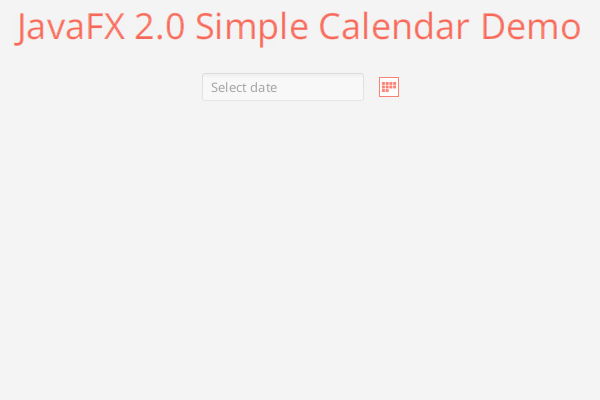
Repository: abhisheknaik96/Calendar-app
Program's window: java Calendar-app/src/simple_calendar/simple_calendar/SimpleCalendarDemo.java
The author's editor kept a copy of each file at every save. The program's window is drawn from the files as they stood at one save, then again after the next save.
It runs on Java 21 on a 1366 x 768 screen with JavaFX 11; the title bar is not drawn. It also reads Calendar-app/src/simple_calendar/simple_calendar/style/calender_icon.png.

Above is the program's window before, as saved 2015-04-06 15:35:28.

### Calendar-app/src/simple_calendar/simple_calendar/SimpleCalendarDemo.java
/**
*  This file is part of SimpleCalendar.

*  SimpleCalendar is free software: you can redistribute it and/or modify
*  it under the terms of the GNU General Public License as published by
*  the Free Software Foundation, either version 3 of the License, or
*  (at your option) any later version.

*  SimpleCalendar is distributed in the hope that it will be useful,
*  but WITHOUT ANY WARRANTY; without even the implied warranty of
*  MERCHANTABILITY or FITNESS FOR A PARTICULAR PURPOSE.  See the
*  GNU General Public License for more details.

*  <http://www.gnu.org/licenses/>.

*/
package simple_calendar.simple_calendar;

import java.text.SimpleDateFormat;
import java.util.Date;

import javafx.application.Application;
import javafx.beans.value.ChangeListener;
import javafx.beans.value.ObservableValue;
import javafx.geometry.Pos;
import javafx.scene.Scene;
import javafx.scene.control.Label;
import javafx.scene.control.TextField;
import javafx.scene.layout.HBox;
import javafx.scene.layout.StackPane;
import javafx.scene.layout.VBox;
import javafx.scene.text.TextAlignment;
import javafx.stage.Stage;

public class SimpleCalendarDemo extends Application {

	@Override
	public void start(Stage stage) throws Exception {
        stage.setTitle("Simple Calendar Demo");
		StackPane root = new StackPane();
		root.setId("root");
        Scene scene = new Scene(root, 600, 400);
        stage.setScene(scene);
        scene.getStylesheets().addAll(SimpleCalendarDemo.class.getResource("style/simple_calendar.css").toExternalForm());
        VBox vbox = new VBox(20);
        vbox.setAlignment(Pos.TOP_CENTER);
        Label label = new Label("JavaFX 2.0 Simple Calendar Demo");
        label.setId("DemoLabel");
        label.setTextAlignment(TextAlignment.CENTER);

        HBox dateBox = new HBox(15);
        dateBox.setAlignment(Pos.CENTER);
        final TextField dateField = new TextField("Select date");
        dateField.setEditable(false);
        dateField.setDisable(true);
        SimpleCalendar simpleCalender = new SimpleCalendar();
        simpleCalender.dateProperty().addListener(new ChangeListener<Date>() {

			@Override
			public void changed(ObservableValue<? extends Date> ov,
					Date oldDate, Date newDate) {
				dateField.setText((new SimpleDateFormat("dd/MM/yyyy")).format(newDate));

			}
		});
        dateBox.getChildren().addAll(dateField, simpleCalender);

        vbox.getChildren().addAll(label, dateBox);

        root.getChildren().add(vbox);

        stage.show();

	}

	public static void main(String[] args) {
		launch(args);
	}



}

### Calendar-app/src/simple_calendar/simple_calendar/SimpleCalendar.java
/**
*  This file is part of SimpleCalendar.

*  SimpleCalendar is free software: you can redistribute it and/or modify
*  it under the terms of the GNU General Public License as published by
*  the Free Software Foundation, either version 3 of the License, or
*  (at your option) any later version.

*  SimpleCalendar is distributed in the hope that it will be useful,
*  but WITHOUT ANY WARRANTY; without even the implied warranty of
*  MERCHANTABILITY or FITNESS FOR A PARTICULAR PURPOSE.  See the
*  GNU General Public License for more details.

*  <http://www.gnu.org/licenses/>.

*/
package simple_calendar.simple_calendar;

import java.util.Date;

import javafx.beans.property.ObjectProperty;
import javafx.beans.value.ChangeListener;
import javafx.beans.value.ObservableValue;
import javafx.event.ActionEvent;
import javafx.event.EventHandler;
import javafx.geometry.Point2D;
import javafx.scene.Parent;
import javafx.scene.control.Button;
import javafx.scene.layout.VBox;
import javafx.stage.Popup;

/**
 * A simple calendar to pick up a date.
 *
 */
public class SimpleCalendar extends VBox{

	private Popup popup;
	final DatePicker datePicker;

	public SimpleCalendar() {
		popup = new Popup();
		popup.setAutoHide(true);
		popup.setAutoFix(true);
		popup.setHideOnEscape(true);

		datePicker = new DatePicker();
		datePicker.dateProperty().addListener(new ChangeListener<Date>() {

			@Override
			public void changed(ObservableValue<? extends Date> ov,
					Date oldDate, Date newDate) {
				if (popup.isShowing())
					popup.hide();

			}
		});
		popup.getContent().add(datePicker);

		final Button calenderButton = new Button();
		calenderButton.setId("CalenderButton");
		calenderButton.setOnAction(new EventHandler<ActionEvent>() {

			@Override
			public void handle(ActionEvent ae) {
				Parent parent = SimpleCalendar.this.getParent();
				// Popup will be shown at upper left corner of calenderbutton
				Point2D point = calenderButton.localToScene(0, 0);
				final double layoutX = parent.getScene().getWindow().getX() + parent.getScene().getX() + point.getX();
				final double layoutY = parent.getScene().getWindow().getY() + parent.getScene().getY() + point.getY();
				popup.show(SimpleCalendar.this, layoutX, layoutY);

			}
		});

		getChildren().add(calenderButton);
	}

	/**
	 * @return a string bean property to bind the date information to a desired node
	 */
	public ObjectProperty<Date> dateProperty() {
		return datePicker.dateProperty();
	}

}

### Calendar-app/src/simple_calendar/simple_calendar/DatePicker.java
/**
*  This file is part of SimpleCalendar.

*  SimpleCalendar is free software: you can redistribute it and/or modify
*  it under the terms of the GNU General Public License as published by
*  the Free Software Foundation, either version 3 of the License, or
*  (at your option) any later version.

*  SimpleCalendar is distributed in the hope that it will be useful,
*  but WITHOUT ANY WARRANTY; without even the implied warranty of
*  MERCHANTABILITY or FITNESS FOR A PARTICULAR PURPOSE.  See the
*  GNU General Public License for more details.

*  <http://www.gnu.org/licenses/>.

*/
package simple_calendar.simple_calendar;

import java.text.SimpleDateFormat;
import java.util.Calendar;
import java.util.Date;
import java.util.GregorianCalendar;

import javafx.beans.property.ObjectProperty;
import javafx.beans.property.SimpleObjectProperty;
import javafx.event.ActionEvent;
import javafx.event.EventHandler;
import javafx.geometry.Pos;
import javafx.scene.control.Button;
import javafx.scene.control.Label;
import javafx.scene.input.MouseEvent;
import javafx.scene.layout.HBox;
import javafx.scene.layout.StackPane;
import javafx.scene.layout.VBox;
import javafx.scene.shape.LineTo;
import javafx.scene.shape.MoveTo;
import javafx.scene.shape.Path;

public class DatePicker extends StackPane {
	private boolean isSundayFirstDay = true;
	private Calendar today;
	private ObjectProperty<Date> dateProperty;
	private final DayCell[] dayCells;
	private int month;
	private int year;
	private final static int COLUMN_NUMBER = 7;
	private final static int ROW_NUMBER = 6;
	private final static double CELL_HEIGHT = 20;
	private final static double CELL_WIDTH = 25;
	private final static double ARROW_SIZE = CELL_HEIGHT * 0.3;
	private final static String DATEPICKER_OTHERMONTH = "datepicker-othermonth-cell";
	private final static String DATEPICKER_TODAY = "datepicker-today-cell";
	private final static String DATEPICKER_MONTH = "datepicker-month-cell";
	private final static String DATEPICKER_WEEKDAY = "datepicker-weekday-row";
	private final static String DATEPICKER_MONTHYEAR = "datepicker-monthyear-row";
	private final static String DATEPICKER_ARROW = "DatepickerArrow";
	private final static String DATEPICKER_DAYCELL = "DatepickerDayCell";
	private final static String DATEPICKER_TODAYBUTTON = "DatepickerTodayButton";
	private final static String DATEPICKER_TODAYBUTTONBOX = "DatepickerTodayButtonBox";
	private String[] cellStyleList = {DATEPICKER_OTHERMONTH, DATEPICKER_TODAY, DATEPICKER_MONTH};

	/**
	 * Constructor of DatePicker class
	 */
	public DatePicker(){
		super();
		VBox pickerBox = new VBox();
		setId("DatePicker");
		today = Calendar.getInstance();
		// Check whether Sunday is the first day of the week
		isSundayFirstDay = today.getFirstDayOfWeek() == 1 ? true : false;
		month = today.get(Calendar.MONTH);
		year = today.get(Calendar.YEAR);
		dateProperty = new SimpleObjectProperty<Date>((new GregorianCalendar()).getTime());

		// First block of the picker pane, which is constructed to show month and year and to change them by decreasing and increasing.
		HBox monthYearRow = new HBox();
		final Label monthYear = new Label(getMonthYear((new GregorianCalendar()).getTime()));
		monthYear.setMinHeight(CELL_HEIGHT * 1.5);
		monthYear.setMinWidth(CELL_WIDTH * 6.0);
		monthYear.setAlignment(Pos.CENTER);
		monthYearRow.getStyleClass().add(DATEPICKER_MONTHYEAR);
		Path decrementArrow = new Path();
		decrementArrow.setId(DATEPICKER_ARROW);
		decrementArrow.getElements().addAll(new MoveTo(0, ARROW_SIZE), new LineTo(0, -ARROW_SIZE),
				new LineTo(-ARROW_SIZE, 0), new LineTo(0, ARROW_SIZE));
		decrementArrow.setOnMouseClicked(new EventHandler<MouseEvent>() {
			@Override
			public void handle(MouseEvent me) {
				month--;
				if(month < 0) {
					month = Calendar.DECEMBER;
					year--;
				}
				monthYear.setText(getMonthYear((new GregorianCalendar(year, month, 1)).getTime()));
				setDayCells();
				me.consume();
			}
		});
		Path inreamentArrow = new Path();
		inreamentArrow.setId(DATEPICKER_ARROW);
		inreamentArrow.getElements().addAll(new MoveTo(0, ARROW_SIZE), new LineTo(0, -ARROW_SIZE),
				new LineTo(ARROW_SIZE, 0), new LineTo(0, ARROW_SIZE));
		inreamentArrow.setOnMouseClicked(new EventHandler<MouseEvent>() {
			@Override
			public void handle(MouseEvent me) {
				month++;
				if(month > Calendar.DECEMBER) {
					month = Calendar.JANUARY;
					year++;
				}
				monthYear.setText(getMonthYear((new GregorianCalendar(year, month, 1)).getTime()));
				setDayCells();
				me.consume();
			}
		});
		monthYearRow.getChildren().addAll(decrementArrow, monthYear, inreamentArrow);
		monthYearRow.setAlignment(Pos.CENTER);

		// Second block of the picker pane, which is constructed to show the first letter of names of days in the week.
		HBox firstLetterOfDayRow = new HBox();
		firstLetterOfDayRow.getStyleClass().add(DATEPICKER_WEEKDAY);
		String[] weekDays = getFirstLettersOfDays();
		for (int i = 0; i < weekDays.length; i++) {
			Label cell = new Label(weekDays[i]);
			cell.setMinHeight(CELL_HEIGHT);
			cell.setMinWidth(CELL_WIDTH);
			cell.setAlignment(Pos.CENTER);
			firstLetterOfDayRow.getChildren().add(cell);
		}
		pickerBox.getChildren().addAll(monthYearRow, firstLetterOfDayRow);

		// Third block of the picker pane, which is constructed to show the days in a ROW_NUMBER by COLUMN_NUMBER matrix.
		// The matrix constitutes of DayCell class which extends Label class and holds date information.
		dayCells = new DayCell[COLUMN_NUMBER * ROW_NUMBER];
		int index = 0;
		for (int i = 0; i < ROW_NUMBER; i++) {
			HBox row = new HBox();
			for (int j = 0; j < COLUMN_NUMBER; j++) {
				DayCell cell = createCell(0, 0, 0);
				row.getChildren().add(cell);
				cell.setId(DATEPICKER_DAYCELL);
				dayCells[index++] = cell;
			}
			pickerBox.getChildren().add(row);
		}

		Button todayButton = new Button("Today");
		todayButton.setId(DATEPICKER_TODAYBUTTON);
		todayButton.setOnAction(new EventHandler<ActionEvent>() {

			@Override
			public void handle(ActionEvent ae) {
				dateProperty.setValue((new GregorianCalendar(0, 0, 0)).getTime());
				dateProperty.setValue(
						(new GregorianCalendar(
								today.get(Calendar.YEAR),
								today.get(Calendar.MONTH),
								today.get(Calendar.DAY_OF_MONTH))).getTime());

			}
		});

		HBox todayButtonBox = new HBox();
		todayButtonBox.setId(DATEPICKER_TODAYBUTTONBOX);
		todayButtonBox.setAlignment(Pos.CENTER);
		todayButtonBox.getChildren().add(todayButton);

		pickerBox.getChildren().add(todayButtonBox);

		getChildren().add(pickerBox);

		// Setter of the day cells
		setDayCells();
	}

	/**
	 * @return DateProperty to bind to parent node
	 */
	public ObjectProperty<Date> dateProperty(){
		return dateProperty;
	}

	/**
	 * @return an array of first letters of the week days based on default locale.
	 * Monday is defined as the first day of the week in some locales. This property
	 * is controlled by <code>isSundayFirstDay</code> variable in the constructor of the
	 * <code>DatePicker</code> class.
	 */
	private String[] getFirstLettersOfDays(){
		String[] firstLettersOfDays = new String[7];
		int d = isSundayFirstDay ? 1 : 2;
		// Use sequential dates to get the names of days of the week.
		for (int i = 0; i < firstLettersOfDays.length; i++) {
			firstLettersOfDays[i] =
					(new SimpleDateFormat("EEEE"))
					.format((new GregorianCalendar(0, 0, 3 + d + i))
					.getTime())
					.substring(0, 1);
		}

		return firstLettersOfDays;
	}

	/**
	 * @param date is the Gregorian date to be formatted
	 * @return the formatted date in the form of "Month, Year" like "January, 2012"
	 */
	private String getMonthYear(Date date){

		return (new SimpleDateFormat("MMMM, YYYY")).format(date);
	}

	/**
	 * Setter of cells in the matrix based on the month and the year. It takes 1 as the first day of the month
	 * to create a calendar. Once the calendar created it is calculated which day of the week is the first
	 * day of the month. Firstly, the cells for the days of previous month are set if any, and then the cells
	 * for the days of present month are set, and finally the cells for the next month are set.
	 */
	private void setDayCells(){
		Calendar calendar = Calendar.getInstance();
		calendar.set(Calendar.YEAR, year);
		calendar.set(Calendar.MONTH, month);
		calendar.set(Calendar.DAY_OF_MONTH, 1);
		// Calendar.DAY_OF_WEEK uses base 1. That's why one is subtracted.
		int firstDayOfMonth = calendar.get(Calendar.DAY_OF_WEEK) - 1;
		// Check whether Sunday is the first day of the week. If not, shift the first day
		if(!isSundayFirstDay){
			firstDayOfMonth += 6;
			if (firstDayOfMonth > 7)
				firstDayOfMonth -= 7;
		}
		int daysInMonth = calendar.getActualMaximum(Calendar.DAY_OF_MONTH);
		calendar.set(Calendar.MONTH, month - 1);
		int daysInPreviousMonth = calendar.getActualMaximum(Calendar.DAY_OF_MONTH);

		// Set the cells for the days of previous month
		for (int i = 0; i < firstDayOfMonth; i++) {
			int m = month - 1;
			int y = year;
			if (m < 0) {
				m = Calendar.DECEMBER;
				y--;
			}
			DayCell cell = dayCells[i];
			cell.setDate(daysInPreviousMonth - (firstDayOfMonth) + i + 1, m, y);
			cell.getStyleClass().removeAll(cellStyleList);
			cell.getStyleClass().add(DATEPICKER_OTHERMONTH);
		}

		// Set the cells for the days of month to be presented
		int day = 1;
		for (int i = firstDayOfMonth; i < daysInMonth + firstDayOfMonth; i++) {
			DayCell cell = dayCells[i];
			cell.setDate(day++, month, year);
			calendar.set(Calendar.YEAR, year);
			calendar.set(Calendar.MONTH, month);
			calendar.set(Calendar.DAY_OF_MONTH, cell.getDay());
			cell.getStyleClass().removeAll(cellStyleList);
			if (isToday(calendar))
				cell.getStyleClass().add(DATEPICKER_TODAY);
			else
				cell.getStyleClass().add(DATEPICKER_MONTH);
		}

		// Set the cells for the days of next month
		day = 1;
		for (int i = firstDayOfMonth + daysInMonth; i < COLUMN_NUMBER * ROW_NUMBER; i++) {
			int m = month + 1;
			int y = year;
			if (m > Calendar.DECEMBER) {
				m = Calendar.JANUARY;
				y++;
			}
			DayCell cell = dayCells[i];
			cell.setDate(day++, m, y);
			cell.getStyleClass().removeAll(cellStyleList);
			cell.getStyleClass().add(DATEPICKER_OTHERMONTH);
		}
	}

	/**
	 * @param calendar is to be compared
	 * @return true if the compared calendar is today
	 */
	private boolean isToday(Calendar calendar){

		return today.get(Calendar.YEAR) == calendar.get(Calendar.YEAR) &&
				today.get(Calendar.MONTH) == calendar.get(Calendar.MONTH) &&
				today.get(Calendar.DAY_OF_MONTH) == calendar.get(Calendar.DAY_OF_MONTH);

	}

	/**
	 * @param dayNumber is the day contained by the cell and used for label text
	 * @param month is the month contained by the cell. Its base is 0.
	 * @param year is the year contained by the cell
	 * @return the created cell which will be located in the matrix.
	 */
	private DayCell createCell(int dayNumber, int month, int year){
		final DayCell cell = new DayCell(dayNumber, month, year);
		cell.setMinHeight(CELL_HEIGHT);
		cell.setMinWidth(CELL_WIDTH);
		cell.setAlignment(Pos.CENTER);
		cell.setOnMouseClicked(new EventHandler<MouseEvent>() {
			@Override
			public void handle(MouseEvent me) {
				dateProperty.setValue((new GregorianCalendar(0, 0, 0)).getTime());
				dateProperty.setValue(
						(new GregorianCalendar(
								cell.getYear(),
								cell.getMonth(),
								cell.getDay())).getTime());
				me.consume();
			}
		});

		return cell;
	}

	/**
	 * DayCell class is an extension of Label class and designed to hold the date
	 * information. The day of the date is used to set the text of super class.
	 *
	 */
	private class DayCell extends Label {
		private int d;
		private int m;
		private int y;

		public DayCell(int day, int month, int year) {
			 super(String.valueOf(day));
		}

		public int getDay() {
			return d;
		}

		public int getMonth() {
			return m;
		}

		public int getYear() {
			return y;
		}

		public void setDate(int day, int month, int year){
			this.d = day;
			setText(String.valueOf(day));
			this.m = month;
			this.y = year;
		}
	}
}

### Calendar-app/src/simple_calendar/simple_calendar/style/simple_calendar.css
/**
*  This file is part of SimpleCalender.

*  SimpleCalender is free software: you can redistribute it and/or modify
*  it under the terms of the GNU General Public License as published by
*  the Free Software Foundation, either version 3 of the License, or
*  (at your option) any later version.

*  SimpleCalender is distributed in the hope that it will be useful,
*  but WITHOUT ANY WARRANTY; without even the implied warranty of
*  MERCHANTABILITY or FITNESS FOR A PARTICULAR PURPOSE.  See the
*  GNU General Public License for more details.

*  <http://www.gnu.org/licenses/>.

*/
#DemoLabel {
	-fx-font-size: 36px;
	-fx-text-fill: salmon;
}
#DatepickerArrow {
	-fx-fill: gray;
	-fx-stroke: gray;
}
#DatepickerArrow:hover {
	-fx-fill: black;
	-fx-stroke: black;
}
#DatePicker {
	-fx-background-color: linear-gradient(to bottom, white, wheat);
    -fx-border-color: black;
}
#DatepickerDayCell {
	-fx-background-color: transparent;
	-fx-border-radius: 4;
	-fx-spacing: 0;
}
#DatepickerDayCell:hover {
	-fx-background-color: azure;
	-fx-border-color: royalblue;
	-fx-border-radius: 3;
	-fx-text-fill: royalblue;
}
#DatepickerDayCell .datepicker-today-cell {
    -fx-background-color: lightsteelblue;
   	-fx-border-radius: 3;
   	-fx-border-style: segments(2,2);
   	-fx-border-color: royalblue;
    -fx-text-fill: royalblue;
	-fx-font-size: 12px;
}
.datepicker-weekday-row {
    -fx-background-color: linear-gradient(to bottom, gray, lightgray, lightgray, lightgray, gray);
    -fx-text-fill: black;
	-fx-font-size: 12px;
}
.datepicker-monthyear-row {
	-fx-background-color: linear-gradient(to bottom, beige, lightsalmon, beige);
	-fx-text-fill: black;
	-fx-font-size: 12px;
}
.datepicker-othermonth-cell {
   	-fx-border-radius: 4;
    -fx-text-fill: gray;
	-fx-font-size: 12px;
}
#DatepickerTodayButton {
	-fx-font-size: 12px;
}
#DatepickerTodayButtonBox {
	-fx-padding: 5;
}
#CalenderButton {
    -fx-font-size: 14px;
	-fx-background-image: url("calender_icon.png");
	-fx-background-color: null;
	-fx-background-repeat: no-repeat;
	-fx-background-position: center;
}

After the next save:
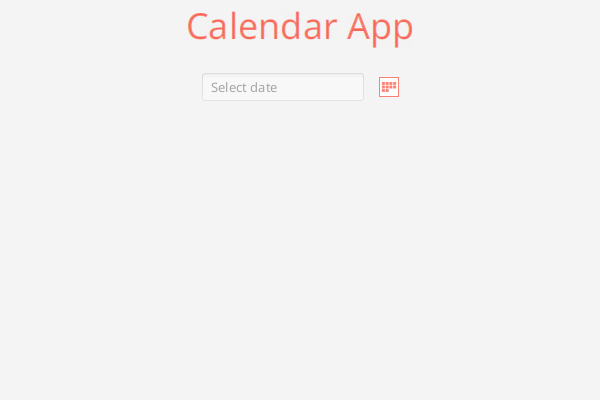
Saved 2 min 0 s later.
--- a/Calendar-app/src/simple_calendar/simple_calendar/SimpleCalendarDemo.java
+++ b/Calendar-app/src/simple_calendar/simple_calendar/SimpleCalendarDemo.java
@@ -44,7 +44,7 @@
         scene.getStylesheets().addAll(SimpleCalendarDemo.class.getResource("style/simple_calendar.css").toExternalForm());
         VBox vbox = new VBox(20);
         vbox.setAlignment(Pos.TOP_CENTER);
-        Label label = new Label("JavaFX 2.0 Simple Calendar Demo");
+        Label label = new Label("Calendar App");
         label.setId("DemoLabel");
         label.setTextAlignment(TextAlignment.CENTER);
 
